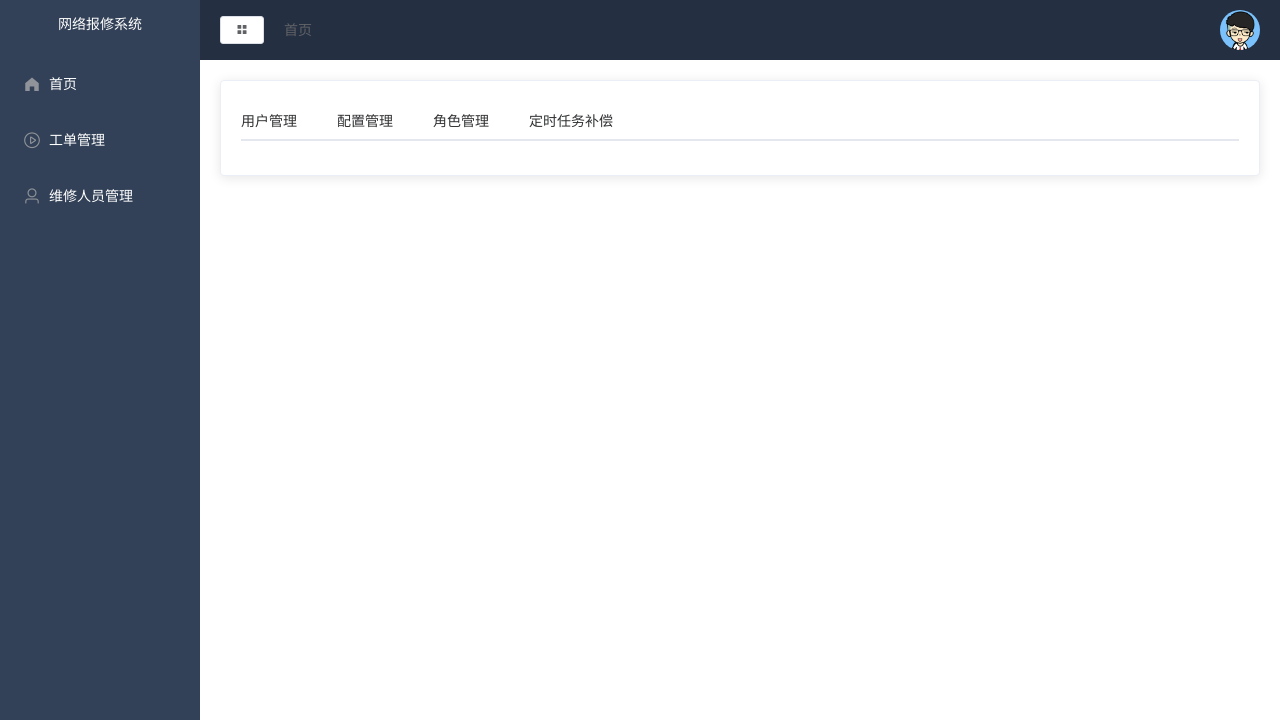
Repository: LtheW/vue
Page: /form
The author's editor kept a copy of each file at every save. The page is drawn from the files as they stood at one save, then again after the next save.
The browser window is 1280 px wide. The pictures show the whole page.
The page's requests for data from a server got no answer. The project was rebuilt for these pictures with package versions that can differ from the ones it lists, and the page was loaded fresh each time. No one was signed in, and anything a server would have sent is missing. Also part of the build but not shown: vue.config.js, src/components/CommonTag.vue, src/views/Submit.vue, src/views/Maintainer/Add.vue.

Above is the page before, as saved 2022-03-31 17:13:03.

After the next save:
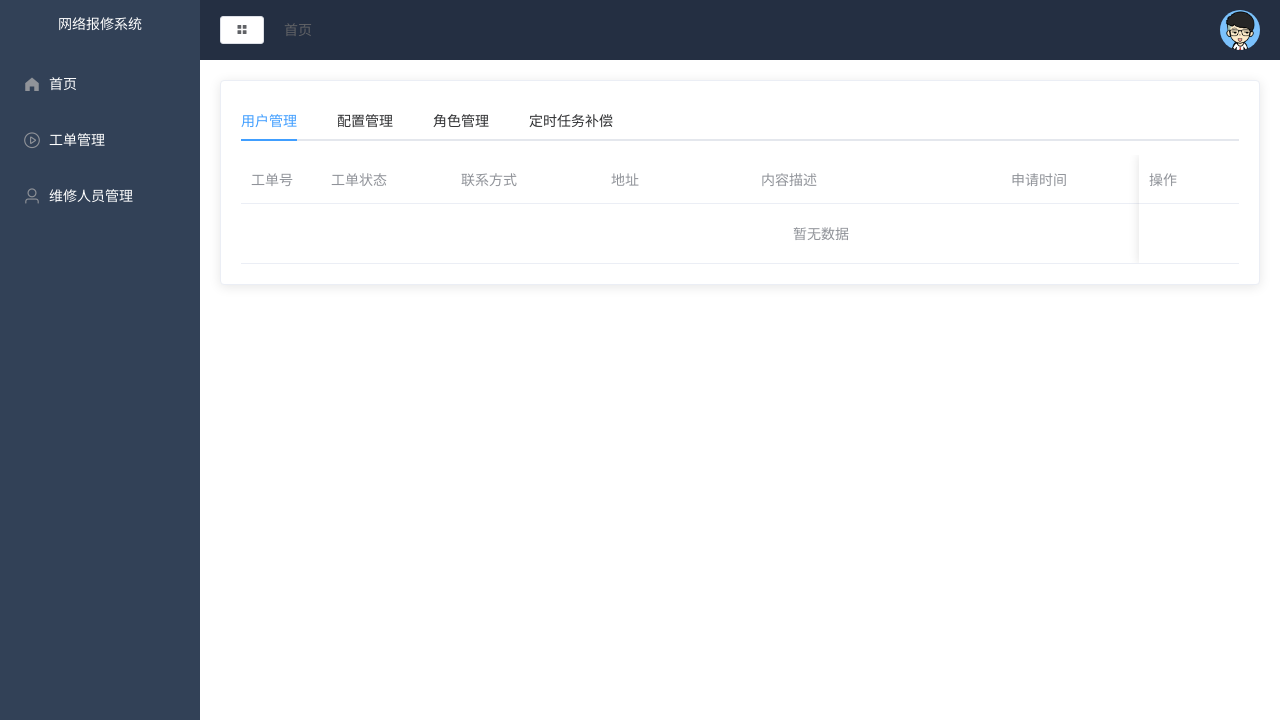
Saved 101 s later.
--- a/src/views/Form/Form.vue
+++ b/src/views/Form/Form.vue
@@ -62,6 +62,7 @@ export default {
     return {
       tableData: [],
       state: ["待维修", "维修中", "维修完成"],
+      activeName:"first"
     };
   },
   created() {
